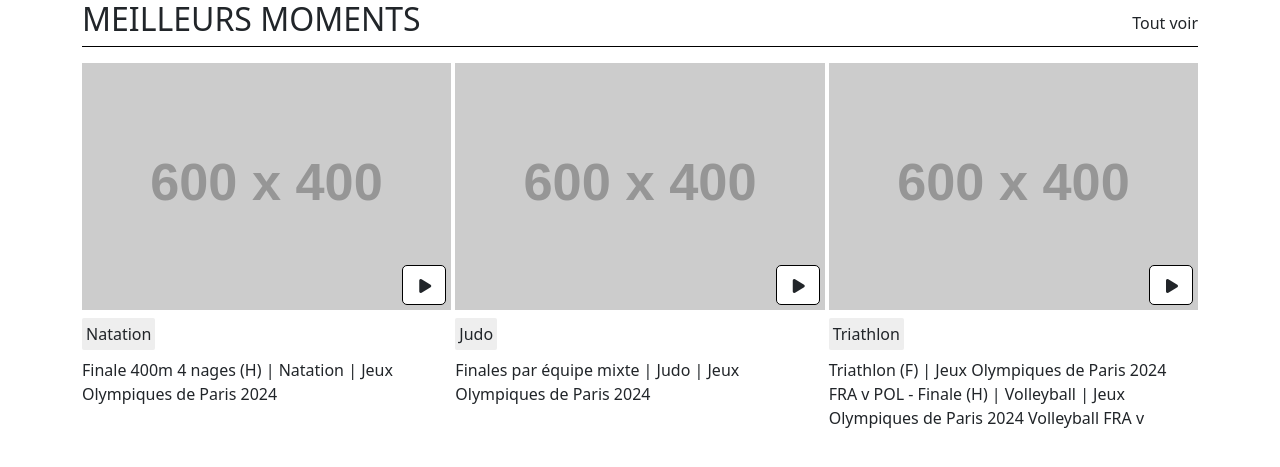
Repository: fbansept/ran3_24_jeu
Page: index.html
The author's editor kept a copy of each file at every save. The page is drawn from the files as they stood at one save, then again after a run of saves.
The browser window is 1280 px wide. The pictures show the whole page.
Some web libraries are served in a nearby version.

Above is the page before, as saved 2024-10-14 16:13:20.

### index.html
<!DOCTYPE html>
<html lang="en">
  <head>
    <meta charset="UTF-8" />
    <meta name="viewport" content="width=device-width, initial-scale=1.0" />
    <title>Document</title>
    <link
      href="https://cdn.jsdelivr.net/npm/bootstrap@5.3.3/dist/css/bootstrap.min.css"
      rel="stylesheet"
      integrity="sha384-QWTKZyjpPEjISv5WaRU9OFeRpok6YctnYmDr5pNlyT2bRjXh0JMhjY6hW+ALEwIH"
      crossorigin="anonymous"
    />

    <link rel="stylesheet" href="https://cdnjs.cloudflare.com/ajax/libs/font-awesome/6.6.0/css/all.min.css">

    <link rel="stylesheet" href="styles.css" />

    <script
      defer
      src="https://cdn.jsdelivr.net/npm/bootstrap@5.3.3/dist/js/bootstrap.bundle.min.js"
      integrity="sha384-YvpcrYf0tY3lHB60NNkmXc5s9fDVZLESaAA55NDzOxhy9GkcIdslK1eN7N6jIeHz"
      crossorigin="anonymous"
    ></script>
  </head>
  <body class="container">
    <main>
      <section>
        <header>
          <h2>MEILLEURS MOMENTS</h2>
          <span>Tout voir</span>
        </header>
        <div class="row row-cols-1 row-cols-md-3 g-md-1 g">
          <article class="col">
            <div class="image">
              <img src="https://placehold.co/600x400" alt="" />
              <div class="bouton-play"></div>
            </div>
            <div class="label">Natation</div>
            <p>
              Finale 400m 4 nages (H) | Natation | Jeux Olympiques de Paris 2024
            </p>
          </article>

          <article class="col">
            <div class="image">
              <img src="https://placehold.co/600x400" alt="" />
              <div class="bouton-play"></div>
            </div>
            <div class="label">Judo</div>
            <p>
              Finales par équipe mixte | Judo | Jeux Olympiques de Paris 2024
            </p>
          </article>

          <article class="col">
            <div class="image">
              <img src="https://placehold.co/600x400" alt="" />
              <div class="bouton-play position-absolute"></div>
            </div>
            <div class="label">Triathlon</div>
            <p>
              Triathlon (F) | Jeux Olympiques de Paris 2024 FRA v POL - Finale
              (H) | Volleyball | Jeux Olympiques de Paris 2024 Volleyball FRA v
            </p>
          </article>
        </div>
      </section>
    </main>
  </body>
</html>

### styles.css
main > section > div > article > .image > img {
  object-fit: cover;
  width: 100%;
}

main > section > header {
  display: flex;
  justify-content: space-between;
  align-items: center;
  border-bottom: 1px solid black;
  margin-bottom: 1em;
}

main > section > div > article > .image {
  position: relative;
}

main > section > div > article > .image > .bouton-play {
  bottom: 5px;
  right: 5px;
  position: absolute;
  padding: 0.5em 1em;
  border-radius: 5px;
  border: 1px solid black;
  width: 44px;
  height: 40px;
  text-align: center;
  background-color: white;
}

main > section > div > article > .image > .bouton-play::after {
  content: "\f04b";
  font-family: "Font Awesome 5 Free";
  font-weight: 900;
}

main > section > div > article > .label {
  width: fit-content;
  background-color: #eee;
  border-radius: 2px;
  padding: 0.25em;
  margin: 0.5em 0;
}

After the next 4 saves:
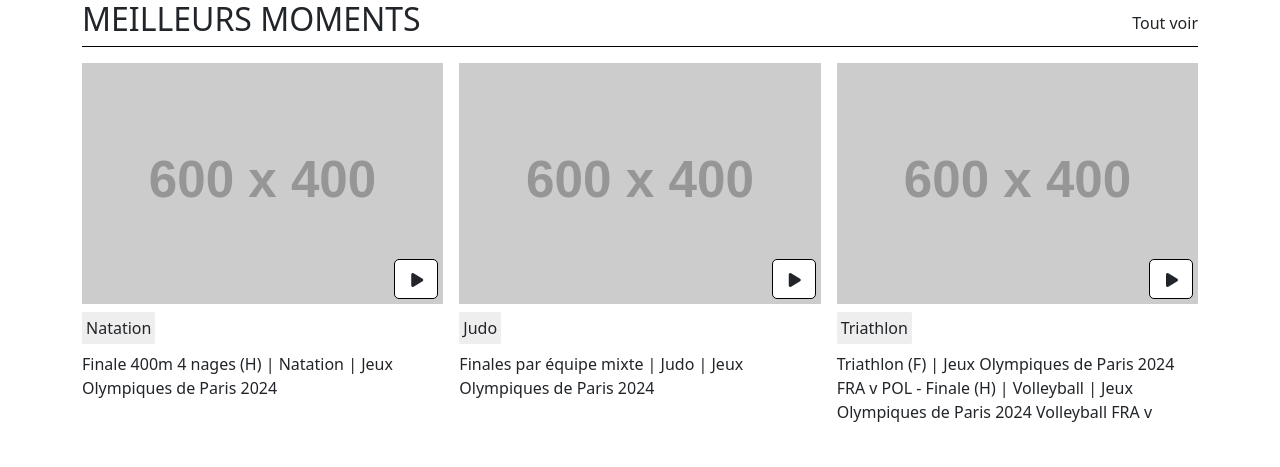
The 4 saves are shown as one change because they came seconds apart.
The last was saved 11 s later.
--- a/index.html
+++ b/index.html
@@ -11,7 +11,10 @@
       crossorigin="anonymous"
     />
 
-    <link rel="stylesheet" href="https://cdnjs.cloudflare.com/ajax/libs/font-awesome/6.6.0/css/all.min.css">
+    <link
+      rel="stylesheet"
+      href="https://cdnjs.cloudflare.com/ajax/libs/font-awesome/6.6.0/css/all.min.css"
+    />
 
     <link rel="stylesheet" href="styles.css" />
 
@@ -29,7 +32,7 @@
           <h2>MEILLEURS MOMENTS</h2>
           <span>Tout voir</span>
         </header>
-        <div class="row row-cols-1 row-cols-md-3 g-md-1 g">
+        <div class="row row-cols-1 row-cols-md-3 g-md-1 g-lg-3">
           <article class="col">
             <div class="image">
               <img src="https://placehold.co/600x400" alt="" />
